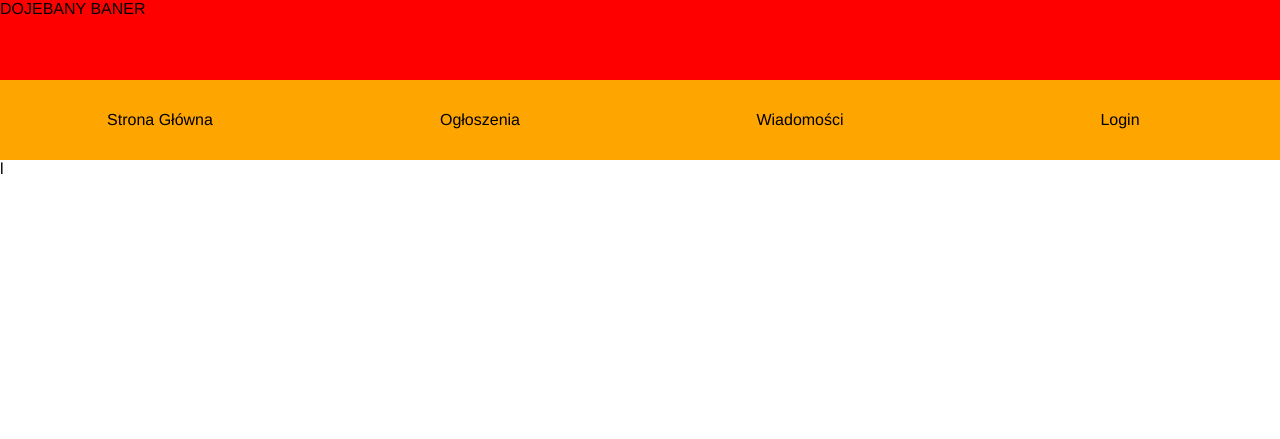
Repository: PatrykStawik/projectppz
Page: /Login
The author's editor kept a copy of each file at every save. The page is drawn from the files as they stood at one save, then again after the next save.
The browser window is 1280 px wide. The pictures show the whole page.
The project was rebuilt for these pictures with package versions that can differ from the ones it lists, and the page was loaded fresh each time. The framework's server and built-in components were replaced by stand-ins that run in the browser.

Above is the page before, as saved 2021-05-21 22:01:19.

### pages/_app.tsx
import React from 'react';
import type { AppProps } from 'next/app';
import { GlobalStyle } from '../styles/globalStyles';
import { Header } from '../components/Header';

function MyApp({ Component, pageProps }: AppProps) {
  return (
    <>
      <GlobalStyle />
      <Header>
        <Component {...pageProps} />
      </Header>
    </>
  );
}

// eslint-disable-next-line import/no-default-export
export default MyApp;

### pages/_document.tsx
import React from 'react';
import Document, { DocumentContext, DocumentInitialProps } from 'next/document';
import { ServerStyleSheet } from 'styled-components';

class MyDocument extends Document {
  static async getInitialProps(ctx: DocumentContext): Promise<DocumentInitialProps> {
    const sheet = new ServerStyleSheet();
    const originalRenderPage = ctx.renderPage;

    try {
      ctx.renderPage = () =>
        originalRenderPage({
          enhanceApp: App => props => sheet.collectStyles(<App {...props} />),
        });

      const initialProps = await Document.getInitialProps(ctx);
      return {
        ...initialProps,
        styles: (
          <>
            {initialProps.styles}
            {sheet.getStyleElement()}
          </>
        ),
      };
    } finally {
      sheet.seal();
    }
  }
}

// eslint-disable-next-line import/no-default-export
export default MyDocument;

### pages/Login/index.tsx
import React from 'react';

const LoginIndex = () => {
  return <div>l</div>;
};

// eslint-disable-next-line import/no-default-export
export default LoginIndex;

### styles/globalStyles.ts
import { createGlobalStyle } from 'styled-components';

export const GlobalStyle = createGlobalStyle`
  body {
    margin: 0;
    padding: 0;
    font-family: Open-Sans, Helvetica, Sans-Serif;
  }
`;

### components/Header/Header.tsx
import React from 'react';
import styled from 'styled-components';
import { colors } from '../../styles/colors';
import { centerText, setFlex } from '../../styles/functions';
import { NextLink } from '../common/NextLink';

const Wrapper = styled.header`
  .baner {
    height: 80px;
    background-color: ${colors.red};
  }
  .menu {
    display: flex;
    height: 80px;
    .menuItem {
      flex: 1;
      height: 100%;
      ${centerText(80)};
      background-color: ${colors.orange};
    }
  }
`;

const data = [
  { title: 'Strona Główna', href: '/' },
  { title: 'Ogłoszenia', href: '/ogloszenia' },
  { title: 'Wiadomości', href: '/wiadomosci' },
  { title: 'Login', href: '/login' },
];

export const Header: React.FC = ({ children }) => {
  return (
    <Wrapper>
      <div className="baner">DOJEBANY BANER</div>
      <div className="menu">
        {data.map(({ title, href }) => (
          <NextLink href={href} key={title}>
            <div className="menuItem">{title}</div>
          </NextLink>
        ))}
      </div>
      {children}
    </Wrapper>
  );
};

### styles/colors.ts
export const colors = {
  white: "white",
  black: "black",
  red: "red",
  orange: "orange"
}

### styles/functions.ts
export const centerText = (height: number) => {
  return `text-align: center;
  line-height: ${height}px`
}

export const setFlex = (type: "row" | "column" = "row") => {
  return `display: flex; flex-direction: ${type}`
}

### components/common/NextLink/index.tsx
export { NextLink } from './NextLink';

### components/common/NextLink/NextLink.tsx
import React from 'react';
import Link from 'next/link';
import styled from 'styled-components';

const StyledLink = styled(Link)`
cursor: pointer;
`;

interface Props {
  href: string;
}

export const NextLink: React.FC<Props> = ({ children, href }) => {
  return <StyledLink href={href}>{children}</StyledLink>;
};

Loaded but not shown: components/Header/index.tsx (common file)

After the next save:
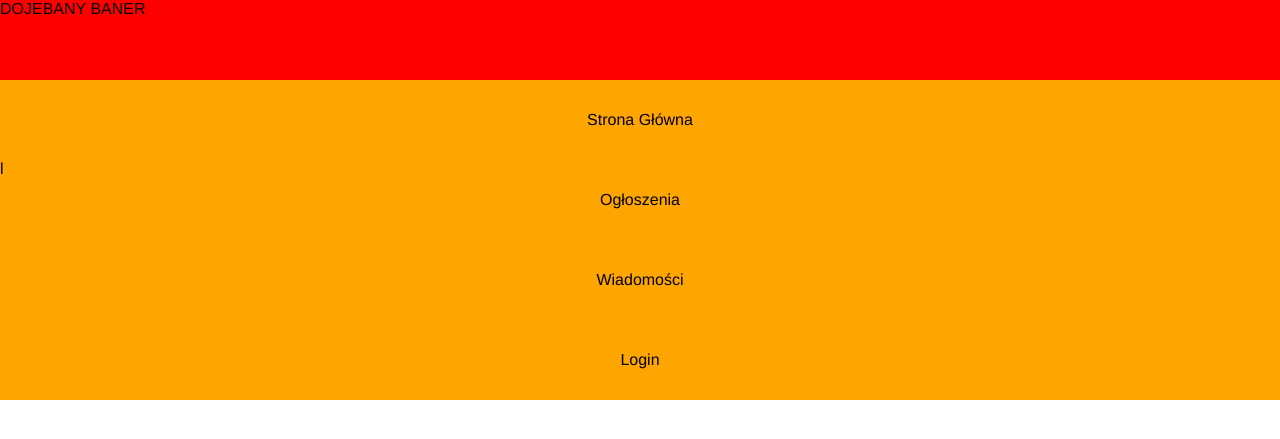
Saved 5 s later.
--- a/components/Header/Header.tsx
+++ b/components/Header/Header.tsx
@@ -10,7 +10,7 @@
     background-color: ${colors.red};
   }
   .menu {
-    display: flex;
+
     height: 80px;
     .menuItem {
       flex: 1;

After the 4 saves that followed:
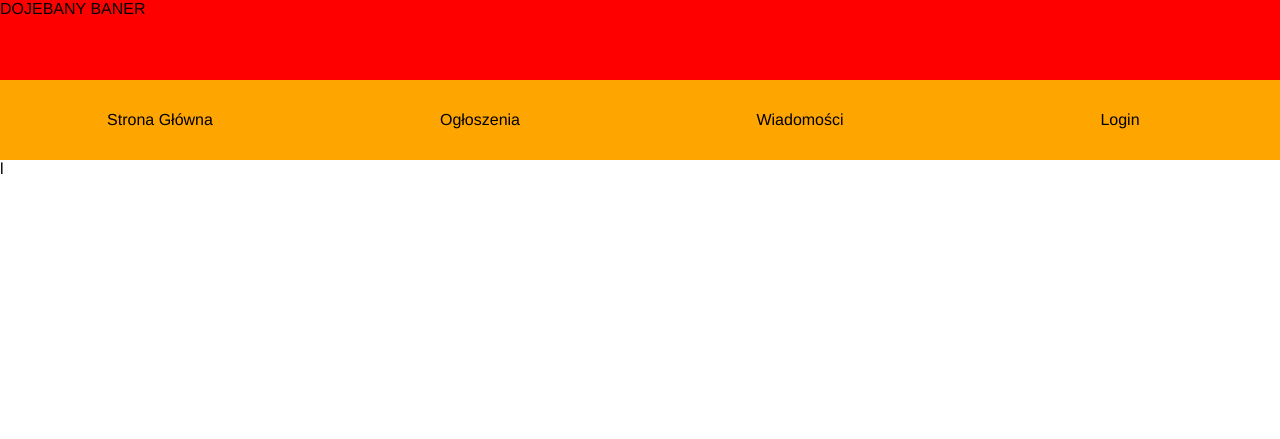
The 4 saves are shown as one change because 1 left the picture as it was and some came seconds apart.
The last was saved 17 s later.
--- a/components/Header/Header.tsx
+++ b/components/Header/Header.tsx
@@ -10,7 +10,7 @@
     background-color: ${colors.red};
   }
   .menu {
-
+    ${setFlex()}
     height: 80px;
     .menuItem {
       flex: 1;
